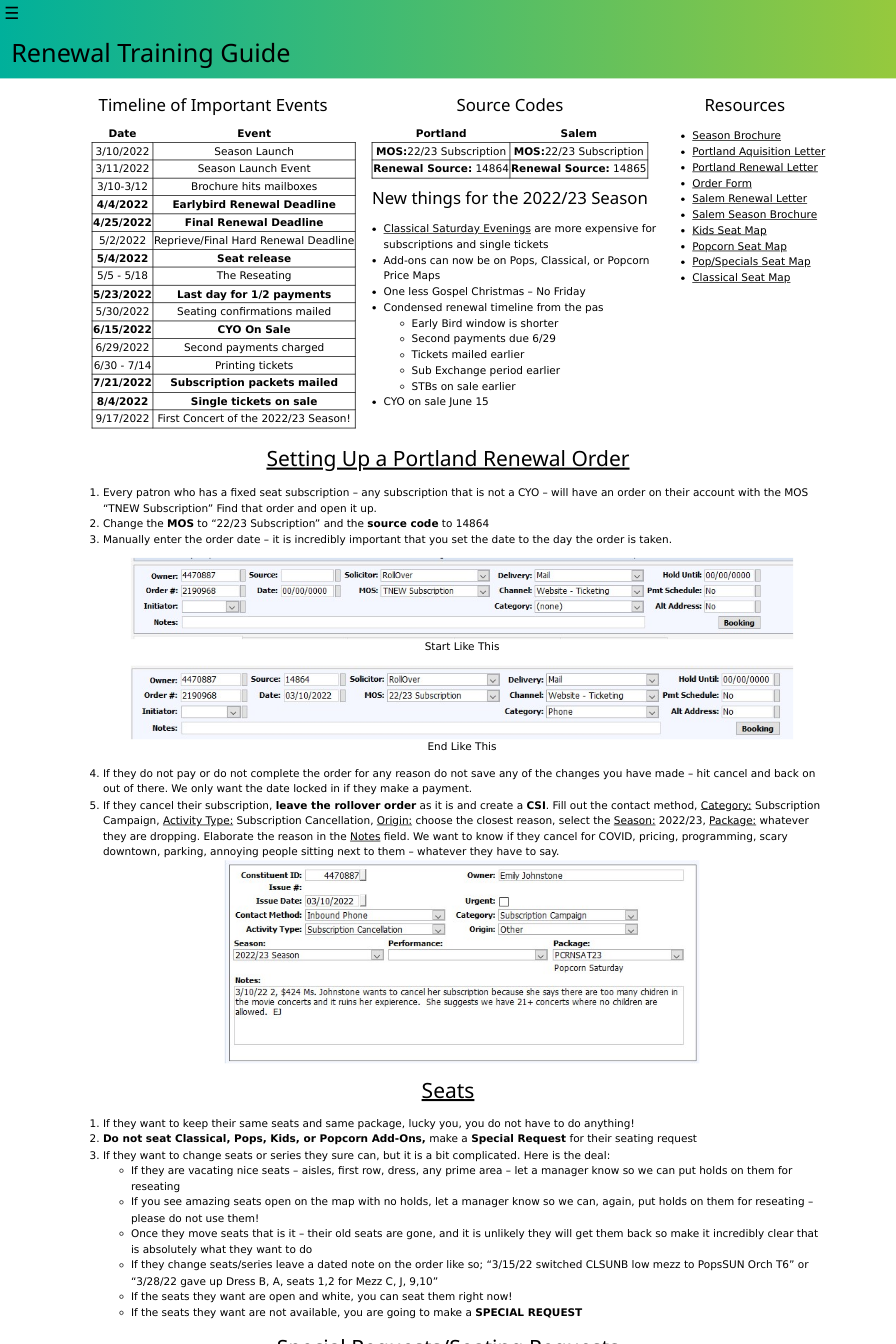
Repository: muesinga/ticketoffice-dot-info
Page: components/renewal-source.html
These files come from the project's save history. The page is drawn as it stood at one moment and after a run of saves; the edit follows.
The browser window is 1280 px wide. The pictures show the part of the page from y = 0 to 1920 px (the page is 10643 px tall before and 10605 px after), at 70% of full size.

Above is the page before, as saved 2022-06-10 11:06:23.
Console error: TypeError: Cannot read properties of null (reading 'getElementsByClassName')

### components/renewal-source.html
<!DOCTYPE html>
<html>
<head>
  <title>Renewal Training Guide</title>
  <meta name="viewport" content="width=device-width, initial-scale=1">
  <link rel="stylesheet" href="/styles/renewal-styles.css">
  <script defer type="text/javascript" src="./src/index.js"></script>
</head>
<body>
<div id="main">
<div class="rainbow-gradient">
  <button id="openNav" class="transparent w3-xlarge" onclick="w3_open()">&#9776;</button>
  <div class="w3-container style="clear:right;">
    <h1>Renewal Training Guide</h1>
  </div>
</div>
<div class="w3-container box">
<div class="grid-container">
  <div class="grid-item">
    <table id="timeline">
    <h3>Timeline of Important Events</h3>
      <tr>
        <th>Date</th>
        <th>Event</th>
      </tr>
      <tr>
        <td>3/10/2022</td>
        <td>Season Launch</td>
      </tr>
      <tr>
        <td>3/11/2022</td>
        <td>Season Launch Event</td>
      </tr>
      <tr>
        <td>3/10-3/12</td>
        <td>Brochure hits mailboxes</td>
      </tr>
      <tr>
        <td><b>4/4/2022</b></td>
        <td><b>Earlybird Renewal Deadline</b></td>
      </tr>
      <tr>
        <td><b>4/25/2022</b></td>
        <td><b>Final Renewal Deadline</b></td>
      </tr>
      <tr>
        <td>5/2/2022</td>
        <td>Reprieve/Final Hard Renewal Deadline</td>
      </tr>
      <tr>
        <td><b>5/4/2022</b></td>
        <td><b>Seat release</b></td>
      </tr>
      <tr>
        <td>5/5 - 5/18</td>
        <td>The Reseating</td>
      </tr>
      <tr>
        <td><b>5/23/2022</b></td>
        <td><b>Last day for 1/2 payments</b></td>
      </tr>
      <tr>
        <td>5/30/2022</td>
        <td>Seating confirmations mailed</td>
      </tr>
      <tr>
        <td><b>6/15/2022</b></td>
        <td><b>CYO On Sale</b></td>
      </tr>
      <tr>
        <td>6/29/2022</td>
        <td>Second payments charged</td>
      </tr>
      <tr>
        <td>6/30 - 7/14</td>
        <td>Printing tickets</td>
      </tr>
      <tr>
        <td><b>7/21/2022</b></td>
        <td><b>Subscription packets mailed</b></td>
      </tr>
      <tr>
        <td><b>8/4/2022</b></td>
        <td><b>Single tickets on sale</b></td>
      </tr>
      <tr>
        <td>9/17/2022</td>
        <td>First Concert of the 2022/23 Season!</td>
      </tr>
    </table>
  </div>
  <div class="grid-item">
    <h3>Source Codes</h3>
    <table>
      <th><b>Portland</b></th>
      <th><b>Salem</b></th>
      <tr>
        <td><b>MOS:</b>22/23 Subscription</td>
        <td><b>MOS:</b>22/23 Subscription</td>
      </tr>
      <tr>
        <td><b>Renewal Source:</b> 14864</td>
        <td><b>Renewal Source:</b> 14865</td>
      </tr>
    </table>
    <h3>New things for the 2022/23 Season</h3>
    <ul>
      <li><u>Classical Saturday Evenings</u> are more expensive for subscriptions and single tickets</li>
      <li>Add-ons can now be on Pops, Classical, or Popcorn Price Maps</li>
      <li>One less Gospel Christmas – No Friday</li>
      <li>Condensed renewal timeline from the pas
        <ul>
          <li>Early Bird window is shorter</li>
          <li>Second payments due 6/29</li>
          <li>Tickets mailed earlier</li>
          <li>Sub Exchange period earlier</li>
          <li>STBs on sale earlier</li>
        </ul>
      <li>CYO on sale June 15</li>
      </li>
    </ul>
  </div>
  <div class="grid-item">
    <h3>Resources</h3>
    <ul>
      <li><a href="../assets/pdf/season-brochure.pdf" target="_blank">Season Brochure</a></li>
      <li><a href="../assets/pdf/portland-acquisition-letter.pdf" target="_blank">Portland Aquisition Letter</a></li>
      <li><a href="../assets/pdf/portland-renewal-letter.pdf" target="_blank">Portland Renewal Letter</a></li>
      <li><a href="../assets/pdf/order-form.pdf" target="_blank">Order Form</a></li>
      <li><a href="../assets/pdf/salem-renewal-letter.pdf" target="_blank">Salem Renewal Letter</a></li>
      <li><a href="../assets/pdf/salem-season-brochure.pdf" target="_blank">Salem Season Brochure</a></li>
      <li><a href="../assets/pdf/kids-seat-map.pdf" target="_blank">Kids Seat Map</a></li>
      <li><a href="../assets/pdf/popcorn-seat-map.pdf" target="_blank">Popcorn Seat Map</a></li>
      <li><a href="../assets/pdf/pop-special-seat-map.pdf" target="_blank">Pop/Specials Seat Map</a></li>
      <li><a href="../assets/pdf/classical-seat-map.pdf" target="_blank">Classical Seat Map</a></li>
    </ul>
  </div>
</div>
<div class="w3-container">
<h2 id="set-up">Setting Up a Portland Renewal Order</h2>
<ol>
  <li>Every patron who has a fixed seat subscription – any subscription that is not a CYO – will have an order on their account with the MOS “TNEW Subscription” Find that order and open it up.</li>
  <li>Change the <b>MOS</b> to “22/23 Subscription” and the <b>source code</b> to 14864</li>
  <li>Manually enter the order date – it is incredibly important that you set the date to the day the order is taken.</li>
  <figure>
    <img src="../assets/image/example-1.jpg" alt="Start like this" class="example-1">
    <figcaption>Start Like This</figcaption>
  </figure>
  <figure>
    <img src="../assets/image/example-2.jpg" alt="End like this" class="example-2">
    <figcaption>End Like This</figcaption>
  </figure>
  <li>If they do not pay or do not complete the order for any reason do not save any of the changes you have made – hit cancel and back on out of there. We only want the date locked in if they make a payment.</li>
  <li>If they cancel their subscription, <b>leave the rollover order</b> as it is and create a <b>CSI</b>. Fill out the contact method, <u>Category:</u> Subscription Campaign, <u>Activity Type:</u> Subscription Cancellation, <u>Origin:</u> choose the closest reason, select the <u>Season:</u> 2022/23, <u>Package:</u> whatever they are dropping. Elaborate the reason in the <u>Notes</u> field. We want to know if they cancel for COVID, pricing, programming, scary downtown, parking, annoying people sitting next to them – whatever they have to say.</li>
    <img src="../assets/image/example-3.jpg" alt="create CSI" class="example-3">
</ol>
<h2 id="seats">Seats</h2>
<ol>
  <li>If they want to keep their same seats and same package, lucky you, you do not have to do anything!</li>
  <li><b>Do not seat Classical, Pops, Kids, or Popcorn Add-Ons,</b> make a <b>Special Request</b> for their seating request</li>
  <li>If they want to change seats or series they sure can, but it is a bit complicated. Here is the deal:
    <ul>
      <li>If they are vacating nice seats – aisles, first row, dress, any prime area – let a manager know so we can put holds on them for reseating</li>
      <li>If you see amazing seats open on the map with no holds, let a manager know so we can, again, put holds on them for reseating – please do not use them!</li>
      <li>Once they move seats that is it – their old seats are gone, and it is unlikely they will get them back so make it incredibly clear that is absolutely what they want to do</li>
      <li>If they change seats/series leave a dated note on the order like so; “3/15/22 switched CLSUNB low mezz to PopsSUN Orch T6” or “3/28/22 gave up Dress B, A, seats 1,2 for Mezz C, J, 9,10”</li>
      <li>If the seats they want are open and white, you can seat them right now!</li>
      <li>If the seats they want are not available, you are going to make a <b>SPECIAL REQUEST</b></li>
    </ul>
  </li>
</ol>
<h2 id="requests">Special Requests/Seating Requests</h2>
<p>
  <b>WARNING:</b> our patrons are very particular when it comes to their seats. A bad seating request can have huge repercussions later and bring much crankiness down on us all season long. Make sure you understand what the patron wants, be as clear in your request as possible, and make sure the patron understands what you are requesting for them and what will happen if they do not get their requested seats. Scared? <b>YOU SHOULD BE.</b>
</p>
<ol>
  <li>Click their sub package to highlight it. At the bottom of the order screen click the buttons “Spec Req”</li>
  <img src="../assets/image/example-4.jpg" alt="Special requests" class="example-4">
  <li>This brings up the Special Request box. You do not need to worry about anything but the Notes open end box:</li>
  <img src="../assets/image/example-5.jpg" alt="Special requests box" class="example-5">
  <li> Here is the required information for Special Requests
    <ul>
      <li>Date of the request</li>
      <li>Buddy’s Tess ID if they sit with a buddy – add the same Special Request to the buddy’s account in case we get to their order first (unless the buddy has not renewed yet)</li>
      <li>Desired seats ordered by 1st choice, 2nd choice, etc.</li>
      <li>Each request needs the Seating Area/ Section, Tier, Row, and Seat Number (Orch A, T4, LowMez B Gold, LowBalC, T3, etc.)</li>
      <li>If they want an aisle, need ADA seats, cannot do stairs, etc. include that in the request.</li>
      <li>End the request with either KEEP SAME or BEST AVAILABLE. This is used if we are not able to fulfill any of their other requests.
        <ul>
          <li>Keep same – we will not move them from the seats you put them in.</li>
          <li>Best available – we will move them into the best open seats in their area regardless of aisle, row, seat requests, etc.</li>
        </ul>
      </li>
      <li>Got it all? Did you reread it to see if it will make sense in 3 months? Does the patron understand what will happen with their seats? ARE YOU SURE?! Yeah, you are? All right, hit OK and that will save the Special Request.</li>
      <li>A few things to keep in mind:
        <ul>
          <li>We <b>WILL NOT</b> call anyone regarding reseating while we are doing reseating</li>
          <li>We will not send email confirmations after reseating – they will get that with their confirmation letter in May</li>
          <li>Do not leave seat requests in the order notes – we will not see them</li>
          <li>Do not promise anyone specific seats – the Schnitz is not all aisles despite what patrons may think</li>
        </ul>
      </li>
    </ul>
  </li>
</ol>
<p>
All right so we have their renewal, and we have their seating for their subscription pinned down but wait! Now we want to talk to them about concerts they want to add to their subscription.
</p>
<h2 id="ada-subs">ADA Subscriptions</h2>
<p>
  If the patron is sitting in the Front Orchestra Side A or D ADA seats, they need to be set up with a kill seat, so we have room to accommodate a mobility device like a wheelchair, scooter, etc. Here is what a broken ADA subscription looks like:
</p>
<img src="../assets/image/example-6.jpg" alt="broken ADA subscription" class="example-6">
<p>
  See how the price type and zone say “mixed” – we never want to see that on any order but on an ADA subscription order, it means they will not get the seat pulled for their wheelchair. Here is what it should look like:
</p>
<img src="../assets/image/example-7.jpg" alt="correct ADA subscription" class="example-7">
<p>
  This is how you should reserve an ADA Subscription in the Front Orchestra:
</p>
<img src="../assets/image/example-8.jpg" alt="Front Orchestra ADA Seating" class="example-8">
<p>
  Once you finish their order you need to go to their general account, click tab “connections,” click “reminders” and add an ADA Pull reminder for every single concert in their package.
</p>
<p>
  If the patron is seated in the ADA seats in the Rear Orchestra or Dress Circle, you <b>do not</b> have to do anything different, please go on with your life!
</p>
<h2 id="salem-subs">SALEM Subscriptions</h2>
<p>
  Salem has three packages: 3 concert Series A, a 3 concert Series B or a 6 concert Full.
</p>
<p>
  Concerts are held on Fridays in Smith Auditorium on the Willamette University campus. The hall is different from the Schnitz.
</p>
<img src="../assets/image/example-9.jpg" alt="Salem Subscriptions" class="example-9">
<p>
  There are only 3 price zones:
</p>
<img src="../assets/image/example-10.jpg" alt="Price Zones" class="example-10">
<p>
  We handle Salem renewals exactly like we handle Portland renewals, but they have a separate Salem Renewal source code:
</p>
<table>
  <th><b>Salem</b></th>
  <tr>
    <td><b>MOS:</b>22/23 Subscription</td>
  </tr>
  <tr>
    <td><b> Source:</b> 14865</td>
  </tr>
</table>
<p>
  Three things to keep your eye on for Smith Auditorium and Salem Subscriptions: Zone, Section, and Seat Numbers. The Zone will tell you the price tier they sit in, and the Section will tell you the area of the hall.
</p>
<img src="../assets/image/example-11.jpg" alt="Zone, Section, Seat Numbers" class="example-11">
<p>
  The Seat Numbers in Smith are confusing. Sections 2, 3, 5, 6, 8 and 9 run right starting at seat 1, to left. But sections 1, 4, and 7 run left to right.
</p>
<p>
  Salem Subscribers have similar benefits to Portland subscribers:
  <ol>
    <li>10% off any Add-on concerts both in Salem and Portland</li>
    <li>Free exchanges between Salem performances </li>
    <li>The first exchange into a Portland series concert is free. After that, they will need to pay the difference</li>
    <li>Try to seat them as close to their Salem counterpart as possible </li>
  </ol>
</p>
<h2 id="add-ons">Add-Ons</h2>
<ul>
  <ul>
    <li><b>Specials/Presentations</b></li>
    <ul>
      <li><b>Seat</b> all Specials/Presentations</li>
      <li>Add tickets at 10% subscriber discount </li>
    </ul>
    <li><b>Individual Series concerts</b></li>
    <ul>
      <li><b>Do not seat</b> individual concerts that are part of a series – Managers will do this after reseating entire subscriptions </li>
      <li>Add tickets at concert at 10% subscriber discount </li>
      <li>Even though you cannot seat Series add-ons, make sure you choose the tier they want so the correct price populates </li>
    </ul>
  <li><b>Complimentary Ticket Vouchers</b></li>
    <ul>
      <li>Add and <b>seat</b> one comp voucher for each Classical, Pops, Popcorn, or Kids subscription seat </li>
      <li>We <u><b>cannot</b></u> redeem comp vouchers until patrons get their sub packages in the mail </li>
    </ul>
  <li><b>Exchanges: NOPE.</b> We cannot do any exchanging until tickets are mailed out in July and in the subscribers grasping paws </li>
</ul>
<h2 id="virtual-concerts">Virtual Concerts</h2>
<table>
  <tr>
    <td><b>MOS:</b></td>
    <td>Ticket</td>
  </tr>
  <tr>
    <td><b>Source</b></td>
    <td>How they heard about the Virtual Concert</td>
  </tr>
  <tr>
    <td><b>Delivery Method:</b></td>
    <td>Will Call</td>
  </tr>
  <tr>
    <td><b>Category:</b></td>
    <td>How they contacted us</td>
  </tr>
</table>
<table>
  <th><b>Price Types:</b></th>
  <tr>
    <td>1-2 Concerts VStan</td>
    <td>$14.99</td>
  </tr>
  <tr>
    <td>3-5 Concerts VDisc1</td>
    <td>$13.00</td>
  </tr>
  <tr>
    <td>6 Concerts</td>
    <td>$11.50</td>
  </tr>
</table>
<img src="../assets/image/example-12.jpg" alt="Price Types for Virtual Concerts" class="example-12">
<p>
  <b>DO NOT SEAT!!!!</b>
</p>
<figure>
  <img src="../assets/image/example-13.jpg" alt="Email Receipt for Virtual Concerts" class="example-13">
  <figcaption>There is a special email receipt for Virtual Concerts</figcaption>
</figure>
<h2 id="payments">Payments</h2>
<ul>
  <li>If the patron is not ready to pay right now, <b>hit cancel</b> and back it up, so it reverts to the original rollover order.  We do not hold unpaid orders </li>
  <li>The patron can use their 22 Season Credit to pay for part or all their subscription </li>
  <li>We accept credit card payments over the phone, via the website, in person, and mail </li>
  <li>We accept FULL payments ONLY by check in person and mail </li>
  <li>We accept FULL cash payments in person </li>
  <li>We accept half payments until May 23rd </li>
  <li>The second half is due June 29th </li>
</ul>
<h3>Full Payment</h3>
<p>
  Now it is time to process payment for the renewal.  If the patron is paying in full, it is just like pricessing a payment on any other ticket order.
</p>
<ol>
  <li>Confirm package, seat number and location or seating request, and add-on concerts </li>
  <li>Confirm the patron would like to pay the full amount today </li>
    <ul>
      <li>Is it in the Early Bird Renewal time?</li>
      <ul>
        <li>Did you waive the fees and add comps?</li>
      </ul>
    </ul>
  <li>Go to Money Bags (Ctrl+p) confirm yet again that the patron is paying $XYZ for tickets and $ABC for donation for a grand total $XXX </li>
  <li>Take full payment plus donation </li>
  <li>There should now be a -$ABC for the donation you took </li>
  <li>Pay that to donations </li>
  <li>Hit ok <b>NOT Finish</b> </li>
  <li>Add a note to the FRONT of the order notes line “Date $ABC Donation Credit Card – last 4 (or check#) your initials;” so it would look like this “3/10/22 $100 Donation Visa –0666 EJ;" </li>
  <li>Tell the Patron they are fully renewed, thank them for their generous donation </li>
  <li>HIT DONE! </li>
</ol>
<h3>Full Payment and Donation</h3>
<p>
  If the patron would also like to donate on top of their full subscription payment, the process is like taking a full payment with a few extra steps:
</p>
<ol>
  <li>Confirm package, seat number and location or seating request, add-on concerts, and Donation amount /li>
  <li>Break out the calculator and add their renewal total and donation amount </li>
  <li>Confirm the patron would like to pay the full amount with a donation today </li>
    <ul>
      <li>Is it in the Early Bird Renewal time?</li>
      <ul>
        <li>Did you waive the fe3es and add comps?</li>
      </ul>
    </ul>
  <li>Go to Money Bags (Ctrl+p) confirm yet again that the patron is paying $XYZ for tickets and $ABC for donation for a grand total $XXX </li>
  <li>Take full payment plus donation </li>
  <li>There should now be a -$ABC for the donation you took </li>
  <li>Pay that to donations </li>
  <li>Hit ok <b>NOT</b> Finish </li>
  <li>Add a note to the FRONT of the order notes line. The type of note will depend on where they would like their donation to go: General Fund “Date, GF donation, $XXX your initials;” it would look like “03/10/2022, GF Donation, $100, EJ;” Gala Donation “Date, Gala Gift, $XXX, your initials;” it would look like “03/10/2022 Gala Gift, $100, EJ;”</li>
  <li>Tell the Patron they are fully renewed, thank them for their generous donation </li>
  <li>HIT DONE!</li>
</ol>
<h3>Paying with a 22 Season Credit</h3>
<p>
  If someone still has their 21/22 Season Credit, they can use that to pay for the 2022/23 season.
</p>
<ol>
  <li>First, go in to their 2021/22 order.  Take note of the amount of the credit </li>
  <li>Return the credit so there is a negative balance </li>
  <li>Pay the balance off to On Account </li>
  <li>Done out of the 2021/22 order </li>
  <li>Open their 2022/23 order, set it up as stated in the “Setting Up a Portland Renewal” section </li>
  <li>Open up the payment screen and type in the amount of the 21/22 Season Credit  </li>
  <li>Pay it off with the On Account payment method </li>
  <li>Hit ok </li>
  <li>Open the payment screen again and pay off the remainder of the order in any of the other ways mentioned above  </li>
</ol>
<h3>Half Payment Set Up</h3>
<ol>
  <li>First you want to charge them half the total subscription payment. You will have to manually enter half the amount in the payment window, so dust off your basic math skills/have a calculator pulled up. If half the price breaks down to .50, round it up to the nearest dollar.  </li>
  <li>The remaining balance will be automatically charged to their debit/credit card at the end of June.  </li>
  <ul>
    <li>If we do not get that second half payment by June 29th, we will not be able to print their subscriptions, we will not be able to mail their tickets to them, they will not get them in time for the subscriber exchange week, and they will miss out on the best seats before they go on sale to the public. It is in their best interest to pay by July 8th!  </li>
  </ul>
  <li>To set up the second half of the payment after you have charged the first half click here: </li>
  <img src="../assets/image/example-14.jpg" alt="Half Payment Set-Up 1" class="example-14">
  <li>That brings up the Order Payment Schedule window. Ignore the Beginning and Ending dates as well as the Billing Schedule dropdown. Type “2” in the # of payments field and hit the “Schedule” button:  </li>
  <img src="../assets/image/example-15.jpg" alt="Half Payment Set-Up 2" class="example-15">
  <li>To have their card automatically charged on June 29th select “Credit Card Billing” on that dropdown </li>
  <li>Finally, select the card to charge under the “account” chiclet – just like we do to take a normal payment: </li>
  <img src="../assets/image/example-16.jpg" alt="Half Payment Set-Up 3" class="example-16">
  <li>If the card they use to pay for the first half of their subscription is going to expire before July 8th, the patron will need to contact us to update their card. </li>
</ol>
<h3>Half Payment with a Donation</h3>
<p>
  Ah, now things are getting tricky.  We’ve got a patron who would like to donate but they would like to split the payment.
</p>
<ol>
  <li>Add the ticket total plus the donation to get the grand total </li>
  <li>Split that total into two half payments.  Please round to the nearest full dollar amount </li>
  <li>Charge the half payment and hit OK </li>
  <li>Go back into the payment window and manually enter the donation amount as a negative number   </li>
  <li>Pay that negative amount off to Donations </li>
  <li>Add a note to the FRONT of the order notes line “Date $ABC Donation Credit Card – last 4 (or check #) your initials;” so it would look like this “3/10/22 $100 Donation Visa –0666 EJ;" </li>
  <li>Set up the second half payment following steps 3-6 above</li>
</ol>
<h2 id="confirmation">Confirmation Email/DO NOT PRINT</h2>
<p>
  OK, you have done everything, the patron is happy, and the subscription is paid for – or half paid for. Now you want to send them and email confirmation, but you <b>DO NOT</b> want to <b>PRINT</b> the subscription tickets. GREAT NEWS, both options are in the same window! How convenient!
</p>
<img src="../assets/image/example-17.jpg" alt="Confirmation Email Screen" class="example-17">
<p>
  Here is how NOT TO print tickets:
</p>
<ol>
  <li>Uncheck tickets</li>
  <li>Uncheck header</li>
  <li>Check the Acknowledgement box and select the “Email Renewed Sub” email </li>
  <li>Hit ok</li>
  <li>Listen for the terrifying sound of tickets printing</li>
  <li>Did it print?! If so, hang your head in shame and bring the printed tickets over to Emily </li>
  <li>Did it not print? Fantastic! Now just try not to print any for the next 1,000 orders </li>
</ol>

</div>

</div>

</body>
</html>

Loaded but not shown: src/index.js (25 lines, source omitted); styles/renewal-styles.css (393 lines, source omitted)

After the next 2 saves:
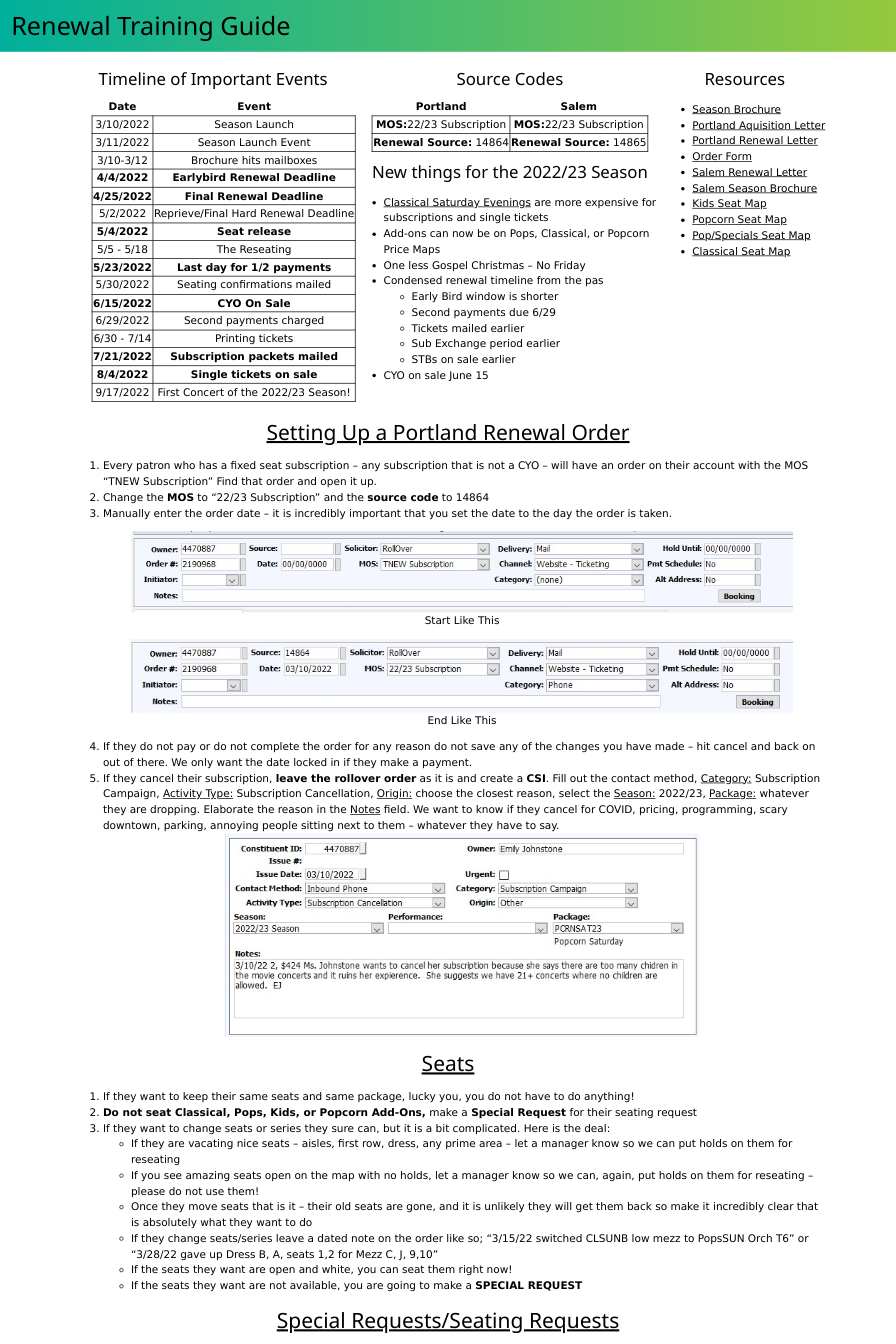
The 2 saves are shown as one change because they came seconds apart.
The last was saved 16 s later.
--- a/components/renewal-source.html
+++ b/components/renewal-source.html
@@ -9,7 +9,6 @@
 <body>
 <div id="main">
 <div class="rainbow-gradient">
-  <button id="openNav" class="transparent w3-xlarge" onclick="w3_open()">&#9776;</button>
   <div class="w3-container style="clear:right;">
     <h1>Renewal Training Guide</h1>
   </div>
